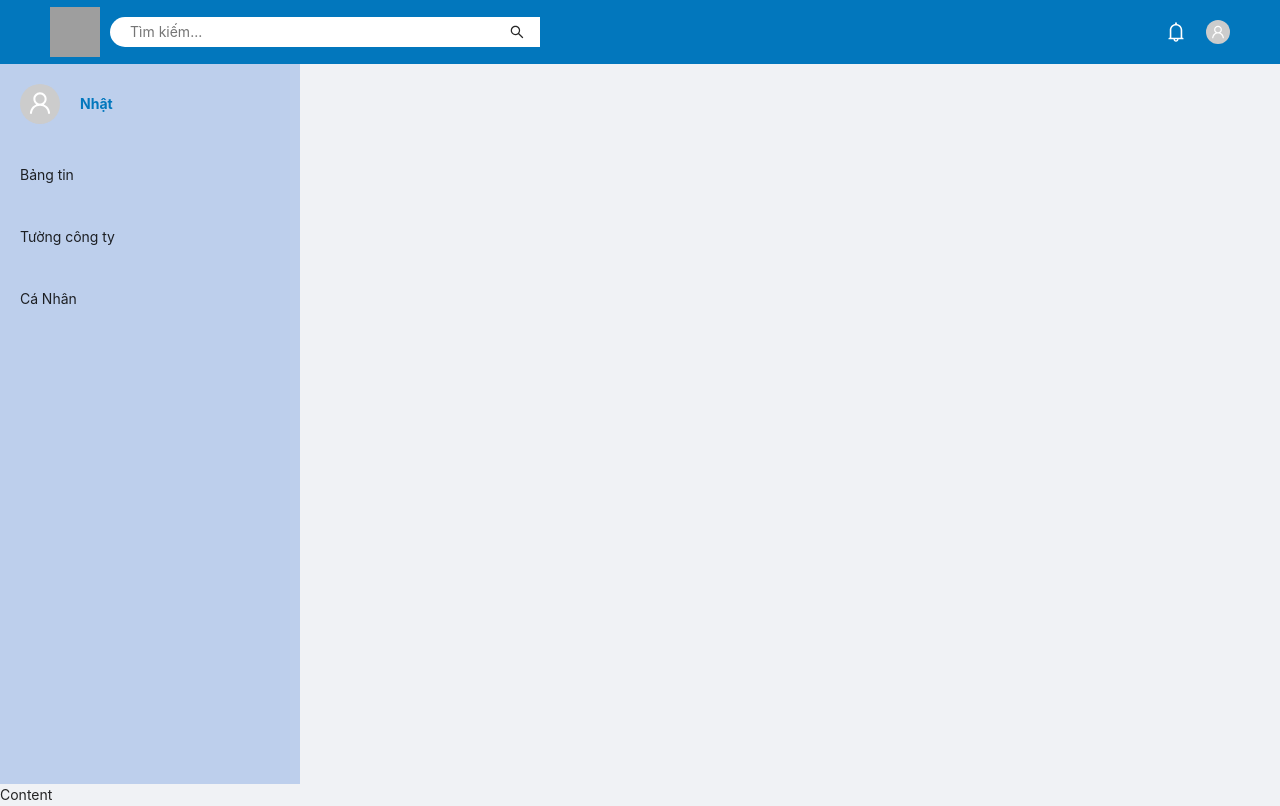
Repository: baonhat27/SocialNetwork_FE
Page: /home
The author's editor kept a copy of each file at every save. The page is drawn from the files as they stood at one save, then again after the next save.
The browser window is 1280 px wide. The pictures show the whole page.
Pictures or frames that could not be fetched are drawn as grey boxes. The project was rebuilt for these pictures with package versions that can differ from the ones it lists, and the page was loaded fresh each time. Also part of the build but not shown: src/containers/home/component/HomeComponent.module.css, src/containers/loginPage/component/LoginPageComponent.module.css, src/components/Input/Input.module.css, src/components/Input/Input.js, src/components/Button/Button.module.css, src/components/Button/Button.js, src/containers/loginPage/component/LoginPageComponent.js, src/containers/loginPage/LoginPageContainer.js.

Above is the page before, as saved 2022-03-09 21:53:42.

After the next save:
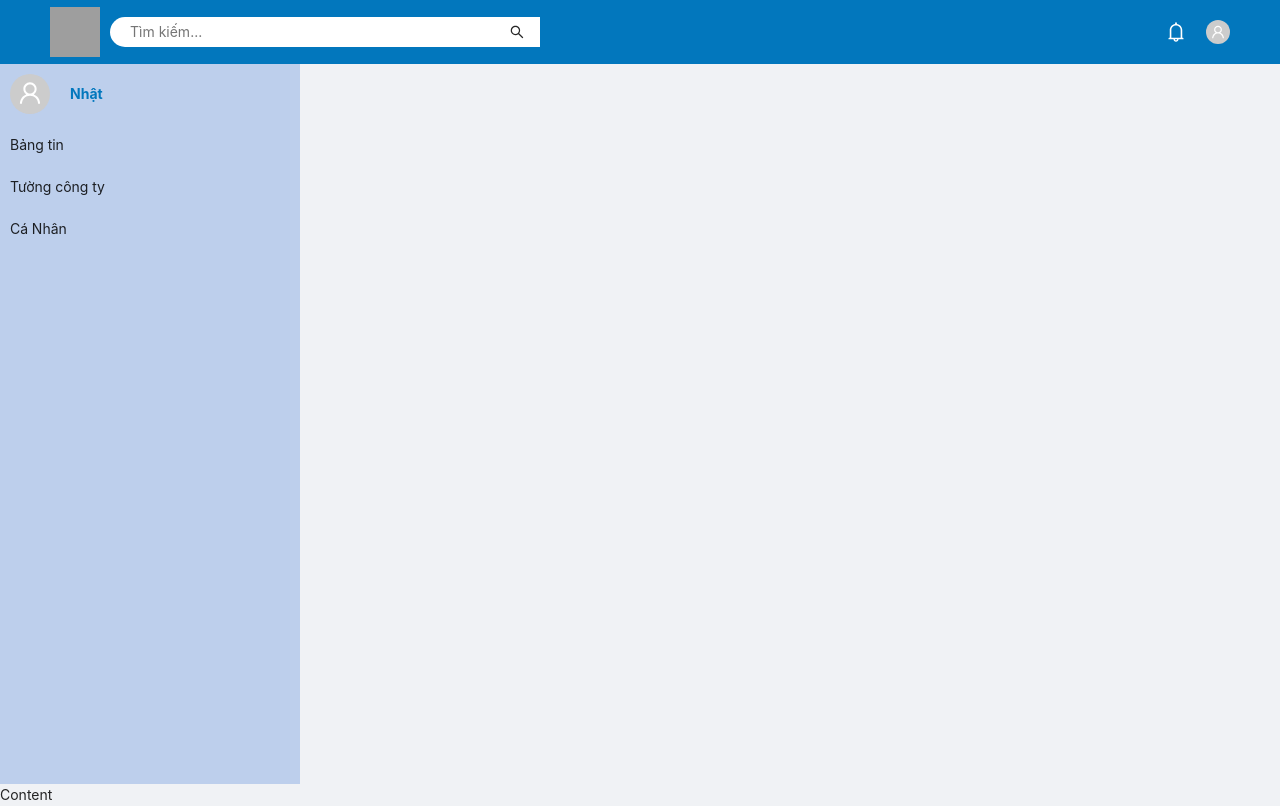
Saved 4 s later.
--- a/src/containers/sider/component/Sider.module.css
+++ b/src/containers/sider/component/Sider.module.css
@@ -7,7 +7,7 @@
     flex-direction: column;
 }
 .sider_item{
-    margin: 20px;
+    margin: 10px;
 }
 .user_info{
     display: flex;
